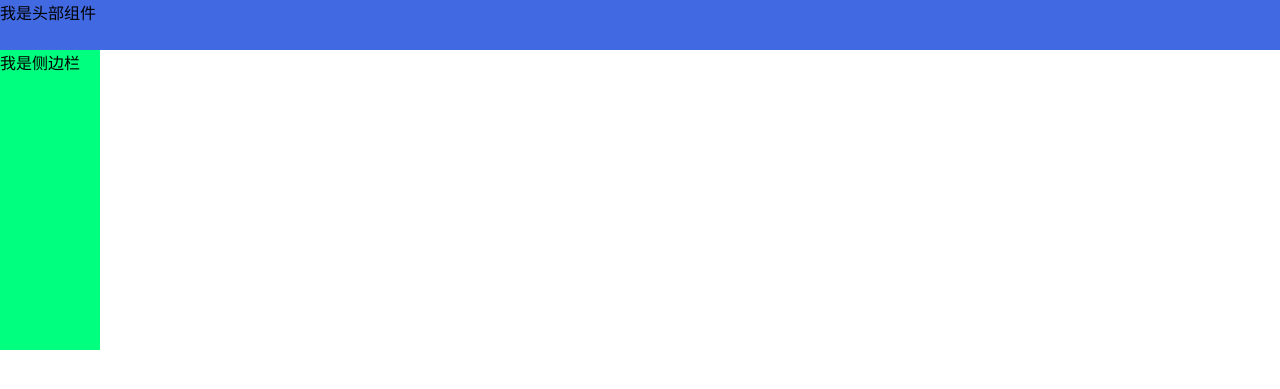
Repository: wujingwenwu/lianxi
Page: /parent
An editor plug-in stored every save of this project. The page is shown before and after the next save, followed by the edit.
The browser window is 1280 px wide. The pictures show the whole page.
The project was rebuilt for these pictures with package versions that can differ from the ones it lists, and the page was loaded fresh each time. Also part of the build but not shown: src/views/Home.vue.

Above is the page before, as saved 2020-06-04 21:55:30.

After the next save:
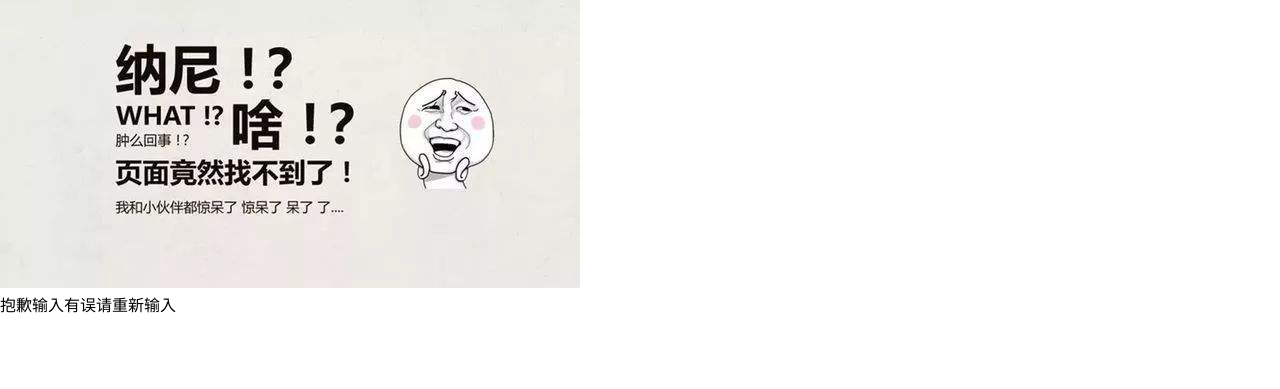
Saved 52 s later.
--- a/src/router/index.js
+++ b/src/router/index.js
@@ -10,6 +10,19 @@ Vue.use(VueRouter)
     },
     {
       path: '/',
+      name: 'Parent',
+      component: () => import('../views/paeent/Parent'),
+      children:[
+        {
+          path: 'child',
+          name: 'child',
+          component: () => import('../views/child/Child'),
+        }
+
+      ]
+    },
+    {
+      path: '/detail',
       name: 'detail',
       component: () => import('../views/detail/Detail')
     },
@@ -24,19 +37,7 @@ Vue.use(VueRouter)
     component: () => import('../views/About.vue')
   },
 
-  {
-    path: '/parent',
-    name: 'Parent',
-    component: () => import('../views/paeent/Parent'),
-    children:[
-      {
-        path: 'child',
-        name: 'child',
-        component: () => import('../views/child/Child'),
-      }
 
-    ]
-  },
   {
     path:'*',
     component: () => import('../views/err/Err')
